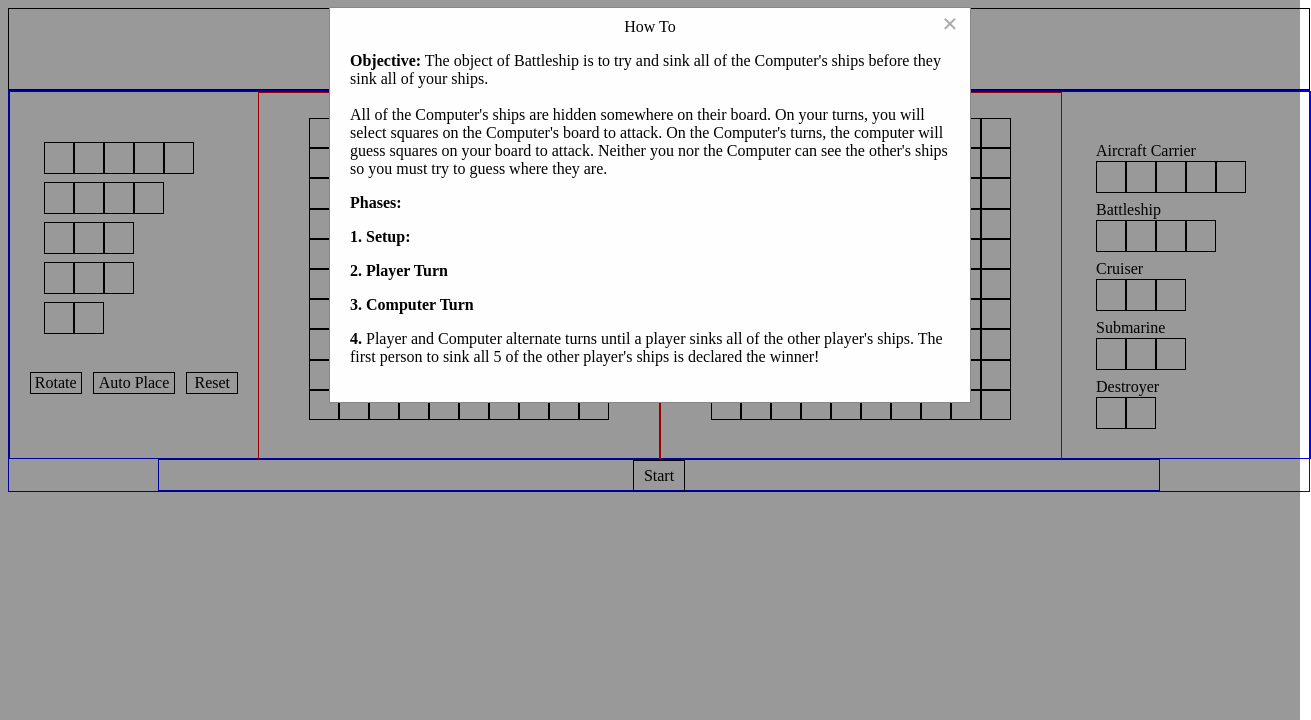
Repository: J-Haze/BattleshipApp
Page: /, after clicking the first element matching `#how-to`
An editor plug-in stored every save of this project. The page is shown before and after the next save, followed by the edit.
The browser window is 1280 px wide. The page is 1311 px wide, so the pictures cover 1311 px, including what lies to the right of the window. The pictures show the whole page.
The project was rebuilt for these pictures with package versions that can differ from the ones it lists, and the page was loaded fresh each time. Also part of the build but not shown: src/index.css, src/Components/ModalEnd.js.

Above is the page before, as saved 2020-09-26 16:01:37.

### src/App.js
import React from "react";
import "./App.css";
import Game from "./Components/Game";
import Header from "./Components/Header"
// import { ProgressPlugin } from "webpack";

//test

function App() {
  return (
    <div className="App">
      <Header />
      <Game />
    </div>
  );
}

export default App;

### src/App.css
/* test */
:root{
    --black: #1B262C;
}


header {
    border: 1px solid black;

    display: flex;
    flex-direction: column;
    justify-content: center;
    align-items: center;
    margin-left: auto;
    margin-right: auto;
    width: 1300px;
    height: 80px;

}

/* div {
    border: 1px solid black;
} */

#how-to:hover{
    cursor: pointer;
}

#game{
    width: 1300px;
    height: 400px;
    display: flex;
    flex-direction: column;
    border: 1px solid blue;
    margin-left: auto;
    margin-right: auto;
}

.column{
    width: 400px;
    height: 100%;
    border: 1px solid red;
}

.board{
    height: 300px;
    width: 300px;
    margin-left: auto;
    margin-right: auto;
    margin-top: 25px;

    display: grid;
    grid-template-columns: repeat(1, 1fr);
    grid-template-rows: repeat(10, 1fr);
    gap: 2px;
}

.row{
    display: flex;
    /* height: 30px; */
    height: 1fr;
    width: 1fr;
}

.square{
    /* height: 100%;
    width: 10%; */
    display: flex;
    height: 100%;
    width: 10%;
    border: 1px solid black;
}

.ship{
    background-color:gray;
    height: 100%;
    width: 100%;
}

.hit{
    background-color:red;
    height: 100%;
    width: 100%;
}

.miss{
    background-color:lightblue;
    height: 100%;
    width: 100%;
}

.sunk{
    background-color:black;
    height: 100%;
    width: 100%;
}

.empty{
    /* background-color: yellow; */
    height: 100%;
    width: 100%;
}

.clickable:hover{
    background-color: rgb(205, 205, 205);
    cursor: pointer;
}

#top-row{
    display: flex;
    width: 1300px;
    height: 400px;
    border: 1px solid blue;
    margin-left: auto;
    margin-right: auto;
}

#bottom-row{
    display: flex;
    width: 1000px;
    height: 30px;
    border: 1px solid blue;
    margin-left: auto;
    margin-right: auto;
}

#start-button{
    margin-left: auto;
    margin-right: auto;
}

.fleet-square{
    width: 30px;
    height: 30px;
    border: 1px solid black;
}

.ship-text{
    margin-left: 20px;
    margin-right: auto;
    margin-bottom: 1px;
    /* border: 1px solid black; */
}

.fleet-horizontal{
    height: 220px;
    width: 220px;
    margin-top: 50px;
    margin-left: auto;
    margin-right: auto;
}

.ship-harbor-horizontal{
    display: flex;
    height: 30px;
    margin-bottom: 10px;
    margin-left: 20px;
    border: none;
}

.carrier-horizontal{
    width: 150px;
}

.battleship-horizontal{
    width: 120px;
}

.cruiser-horizontal{
    width: 90px;
}

.submarine-horizontal{
    width: 90px;
}

.destroyer-horizontal{
    width: 60px;
}

.fleet-vertical{
    display: flex;
    height: 220px;
    width: 220px;
    margin-top: 50px;
    margin-left: auto;
    margin-right: auto;
}

.ship-harbor-vertical{
    display: flex;
    flex-direction: column;
    width: 30px;
    margin-left: 10px;
    margin-top: 50px;
    border: none;
}

.carrier-vertical{
    height: 150px;
}

.battleship-vertical{
    height: 120px;
}

.cruiser-vertical{
    height: 90px;
}

.submarine-vertical{
    height: 90px;
}

.destroyer-vertical{
    height: 60px;
}

.toggle{
    background-color: gray;
}

.boat-placed{
    background-color: black;
    width: 30px;
    height: 30px;
    border: 1px solid black;
}

#setup{
    margin-left: auto;
    margin-right: auto;
}

#setup-buttons{
    display: flex;
    margin-top: 10px;
}

.btn{
    height: 20px;
    display: flex;
    justify-content: center;
    align-items: center;
    margin-left: auto;
    margin-right: auto;
    border: 1px solid black;
}

.btn:hover{
    cursor: pointer;
}

#rotate{
    width: 50px;
}

#auto-place{
    width: 80px;
}

#reset{
    width: 50px;
}

#start-button{
    border: 1px solid black;
    display: flex;
    justify-content: center;
    align-items: center;
    width: 50px;
    height: 30px;
}

#start-button:hover{
    cursor: pointer;
}

#newGame{
    border: 1px solid black;
    display: flex;
    justify-content: center;
    align-items: center;
    margin-left: auto;
    margin-right: auto;
    width: 80px;
    height: 30px;
}

#newGame:hover{
    cursor: pointer;
}


/* End of Game Modal */

.modal{
    display: block;
    position: fixed;
    z-index: 1;
    left: 0;
    top: 0;
    width: 100vw;
    min-width: 1300px;
    height: 100vh;
    /* overflow: auto; */
    background-color: rgb(0,0,0);
    background-color: rgba(0,0,0,0.4);
  }

  .modal-content{
    display: flex;
    flex-direction: column;
    background-color: #fefefe;
    margin-left: auto;
    margin-right: auto;
    margin-top: 1vh;
    padding: 20px;
    padding-top: 0px;
    border: 1px solid #888;
    width: 600px;
    justify-content: center;
    align-items: center;
  }

  .close{
    color: #aaa;
    float: right;
    margin-left: 100%;
    font-size: 28px;
    height: 10px;
    font-weight: bold;
    /* border: 1px solid black; */
  }

  .close:hover, .close:focus {
    color: black;
    text-decoration: none;
    cursor: pointer;
  }

  .message{
      font-size: 3em;
      /* border: 1px solid black; */
      margin-bottom: 5px;
  }

.image{
    width: 500px;
    margin-left: auto;
    margin-right: auto;
    margin-bottom: 20px;
}

### src/Components/Header.js
import React, { useState, useEffect } from "react"
import ModalHowTo from "./ModalHowTo.js"
// import shipFactory from "../factories/ship"
// import gameboardFactory from "../factories/gameboard"
// import player from "../factories/player"


function Header() {
    const [howToOpen, setHowToOpen] = useState(null);


    function howTo() {
        setHowToOpen(true)
    }

    function hideModal() {
        setHowToOpen(false)
    }

    return (
        <header>
            <div>BattleShip</div>
            <div> Image of battleship </div>
            <div id="how-to" onClick={() => howTo()}> How To Play </div>
            {howToOpen && <ModalHowTo
                hideModal={hideModal}
            />}
        </header>
    )
}


export default Header;

### src/factories/ship.js

const shipFactory = (shipLength) => {
    const shipNames = {
        1: 'Submarine',
        2: 'Destroyer',
        3: 'Cruiser',
        4: 'Battleship',
        5: 'Carrier',
    };

    const name = shipNames[shipLength];

    if (shipLength == 1) {
        shipLength = 3;
    }


    let ship = [];
    for (let i = 0; i < shipLength; i++) {
        ship.push([false, i, name])
    }

    let hit = (hitLocation) => {
        ship[hitLocation] = [true, hitLocation, name];
        console.log("Hit!", ship)
        console.log(`You've hit my ${name}`)
        // console.log("hits length", hit.length)
        // console.log("ship.length", ship.length)
        return ship
    }

    let isSunk = () => {
        let sunkStatus = false
        ship[0][0] == true ? sunkStatus = true : sunkStatus = false
        for (let square in ship) {
            // console.log("ship:", ship)
            // console.log(ship[square])
            sunkStatus = (ship[square][0] && sunkStatus)
        }
        // let sunkStatus = ship[0].every(Boolean);
        return sunkStatus
    }

    return {
        //id,
        name,
        shipLength,
        ship,
        hit,
        isSunk
    }
}

// const destroyer = shipFactory(2)
// const cruiser = shipFactory(3)
// const battleship = shipFactory(4)
// const carrier = shipFactory(5)

export default shipFactory;

//export default {shipFactory, destroyer, cruiser, battleship, carrier}

//Comment out with not testing
// module.exports = shipFactory;

### src/factories/player.js
// import shipFactory from "./ship"
import gameboardFactory from "./gameboard"

const player = (playerName) => {
    // const submarine = shipFactory(1)
    // const destroyer = shipFactory(2)
    // const cruiser = shipFactory(3)
    // const battleship = shipFactory(4)
    // const carrier = shipFactory(5)
    const getBoard = gameboardFactory();
    const gameboard = getBoard;
    let attackCoord = 100;
    let index = 100;

    const squaresToGuess = [];

    for (let i = 0; i <= 99; i++) {
        squaresToGuess.push(i);
    }
    // console.log(squaresToGuess)

    //Randomly sends an attack
    const sendAttack = (coord) => {
        // if (playerName == "Computer") {
        // }
        // console.log("yes", playerName)
        if (playerName == "Player") {
            attackCoord = coord;
            index = squaresToGuess.indexOf(attackCoord);
            squaresToGuess.splice(index, 1);
        } else {
            // console.log("s2g", squaresToGuess.length - 1)
            attackCoord = Math.floor(Math.random() * (squaresToGuess.length - 1));
            index = squaresToGuess.indexOf(attackCoord);
            squaresToGuess.splice(index, 1);
            // console.log("index:", index)
        }

        // console.log({ attackCoord })
        // console.log("squares to guess:", squaresToGuess)
        return attackCoord
    }



    //send attack will take coordinates and "send an attack" to the OPPOSING board
    //Need to make sure it has an array of 0-99 and takes away the guessed numbers from that array.
    //random between 0 and array.length

    return {
        gameboard,
        squaresToGuess,
        sendAttack
    }
}








export default player;

### src/Components/Board.js
import React, { useState, useEffect } from "react"
// import shipFactory from "../factories/ship"
// import gameboardFactory from "../factories/gameboard"
// import player from "../factories/player"
// import Square from "./Square.js"
import Row from "./Row.js"
// import Player from "./Player.js"

function Board(props) {
    let { id, board, phase, boardID, handlePlaceShip, update } = props;

    const [rowState, setRows] = useState([]);

    // let rows = [];


    useEffect(() => {
        let rows = [];
        for (let i = 0; i < board.length; i += 10) {
            rows.push(board.slice(i, i + 10));
        }
        setRows(rows);
    }, [update]
    );



    return (
        <div id={id} className="board">
            {/* {squareItems} */}
            {rowState.map((row, i) => {
                return (
                    <Row
                        key={i}
                        roww={i}
                        rowObj={row}
                        phase={phase}
                        boardID={boardID}
                        handlePlaceShip={handlePlaceShip}
                    // position={[i, j]}
                    // position={square}
                    // key={square.}
                    // key={book.title}
                    // book={book}
                    // handleDelete={handleDelete}
                    // toggleRead={toggleRead}
                    // toggleReading={toggleReading}
                    // toggleNotRead={toggleNotRead}
                    />
                );
            })
            }
        </div>
    )
}

export default Board;

### src/Components/Row.js
import React, { useState, useEffect } from "react"
// import shipFactory from "../factories/ship"
// import gameboardFactory from "../factories/gameboard"
// import player from "../factories/player"
import Square from "./Square"

function Row(props) {
    let { roww, rowObj, handleClick, phase, boardID, handlePlaceShip, update } = props;


    useEffect(() => {
        rowObj = rowObj;
    },
        [update]
    );

    return (
        <div className="row">
            {rowObj.map((square, j) => {
                return (
                    <Square
                        key={j}
                        row={roww}
                        col={j}
                        squareObj={square}
                        handleClick={handleClick}
                        phase={phase}
                        boardID={boardID}
                        handlePlaceShip={handlePlaceShip}
                    />
                );
            })
            }
        </div>
    )
};
export default Row;

### src/Components/Fleet.js
import React, { useState, useEffect } from "react"

function Fleet(props) {

    let sunkCarrier = "";
    let sunkBattleship = "";
    let sunkCruiser = "";
    let sunkSubmarine = "";
    let sunkDestroyer = "";

    if (props.boatsSunk.includes("Carrier")) {
        sunkCarrier = "sunk";
    } else {
        sunkCarrier = "";
    };

    if (props.boatsSunk.includes("Battleship")) {
        sunkBattleship = "sunk";
    } else {
        sunkBattleship = "";
    };

    if (props.boatsSunk.includes("Cruiser")) {
        sunkCruiser = "sunk";
    } else {
        sunkCruiser = "";
    };

    if (props.boatsSunk.includes("Submarine")) {
        sunkSubmarine = "sunk";
    } else {
        sunkSubmarine = "";
    };

    if (props.boatsSunk.includes("Destroyer")) {
        sunkDestroyer = "sunk";
    } else {
        sunkDestroyer = "";
    };

    return (
        <div id={props.id} className="fleet-horizontal" >
            <div className="ship-text">Aircraft Carrier</div>
            <div className={`carrier-horizontal ship-harbor-horizontal ${sunkCarrier}`} >
                <div className="fleet-square"></div>
                <div className="fleet-square"></div>
                <div className="fleet-square"></div>
                <div className="fleet-square"></div>
                <div className="fleet-square"></div>
            </div>
            <div className="ship-text"> Battleship </div>
            <div className={`battleship-horizontal ship-harbor-horizontal ${sunkBattleship}`} >
                <div className="fleet-square"></div>
                <div className="fleet-square"></div>
                <div className="fleet-square"></div>
                <div className="fleet-square"></div>
            </div>
            <div className="ship-text">Cruiser</div>
            <div className={`cruiser-horizontal ship-harbor-horizontal ${sunkCruiser}`} >
                <div className="fleet-square"></div>
                <div className="fleet-square"></div>
                <div className="fleet-square"></div>
            </div>
            <div className="ship-text">Submarine</div>
            <div className={`submarine-horizontal ship-harbor-horizontal ${sunkSubmarine}`} >
                <div className="fleet-square"></div>
                <div className="fleet-square"></div>
                <div className="fleet-square"></div>
            </div>
            <div className="ship-text">Destroyer</div>
            <div className={`destroyer-horizontal ship-harbor-horizontal ${sunkDestroyer}`} >
                <div className="fleet-square"></div>
                <div className="fleet-square"></div>
            </div>
        </div >
    )


};

export default Fleet;

### src/Components/ModalHowTo.js
import React, { useState, useEffect } from "react";
import winningImage from "../assets/winning-image.png"
import losingImage from "../assets/losing-image.png"

function ModalEnd(props) {


        return (
            <div className="modal">
                <div id="howToModal" className="modal-content">
                    <span className="close" onClick={props.hideModal}>&times;</span>
                    <div className="howToTop"> How To</div>
                    <div className="howToBottom">
                        <p> <strong>Objective:</strong> The object of Battleship is to try and sink all of the Computer's ships before they sink all of your ships. <br /><br /> All of the Computer's ships are hidden somewhere on their board. On your turns, you will select squares on the Computer's board to attack. On the Computer's turns, the computer will guess squares on your board to attack. Neither you nor the Computer can see the other's ships so you must try to guess where they are.
                        </p>
                        <p><strong>Phases:</strong></p>
                        <p><strong>1. Setup:</strong></p>
                        <p><strong>2. Player Turn</strong></p>
                    <p><strong>3. Computer Turn</strong></p>
                    <p><strong>4. </strong>Player and Computer alternate turns until a player sinks all of the other player's ships. The first person to sink all 5 of the other player's ships is declared the winner!</p>
                    </div>
                </div>
            </div>
        )
}

export default ModalEnd;

### src/Components/Square.js
import React, { useState, useEffect } from "react"
// import shipFactory from "../factories/ship"
// import gameboardFactory from "../factories/gameboard"
// import player from "../factories/player"

function Square(props) {

    const id = (props.row * 10 + props.col)

    let attackClick = () => props.handleClick(id);
    let placementClick = () => props.handlePlaceShip(id);

    let placementMode = null;
    let playerAttack = null;

    if (props.phase == "setup") {
        placementMode = placementClick;
        playerAttack = null;
    } else if (props.phase == "playerTurn") {
        placementMode = null;
        playerAttack = attackClick;
    }

    let playerClickable = "";
    if (props.phase == "setup") {
        playerClickable = " clickable"
    } else {
        playerClickable = "";
    }

    let computerClickable = "";
    if (props.phase == "playerTurn") {
        computerClickable = "clickable"
    } else {
        computerClickable = "";
    }

    if (props.boardID == "player") {
        return (
            <div className="square">
                {(props.squareObj != null) ?
                    ((props.squareObj[0] == false) ?
                        (<div className="ship" key={id}></div>) :
                        (props.squareObj[0] == true) ?
                            (<div className="hit" key={id}>X</div>) :
                            (props.squareObj[0] == "sunk") ?
                                (<div className="sunk" key={id}>X</div>) :
                                (props.squareObj == "miss") ?
                                    (<div className="miss" key={id}>X</div>) :
                                    (<div>error</div>)) :
                    (<div className={`empty ${playerClickable}`} key={id} onClick={placementMode}></div>)
                }
            </div>
        )
    } else {
        return (
            <div className="square">
                {(props.squareObj != null) ?
                    ((props.squareObj[0] == false) ?
                        (<div className="ship" key={id} onClick={playerAttack}></div>) :
                        (props.squareObj[0] == true) ?
                            (<div className="hit" key={id}>X</div>) :
                            (props.squareObj[0] == "sunk") ?
                                (<div className="sunk" key={id}>X</div>) :
                                (props.squareObj == "miss") ?
                                    (<div className="miss" key={id}>X</div>) :
                                    (<div>error</div>)) :
                    (<div className={`empty ${computerClickable}`} key={id} onClick={playerAttack}></div>)
                }
            </div>
        )
    }


}

export default Square;

Loaded but not shown: public/index.html (common file); src/index.js (common file); src/serviceWorker.js (common file); src/Components/Game.js (297 lines, source omitted); src/factories/gameboard.js (224 lines, source omitted); src/Components/PlayerFleet.js (161 lines, source omitted)

After the next save:
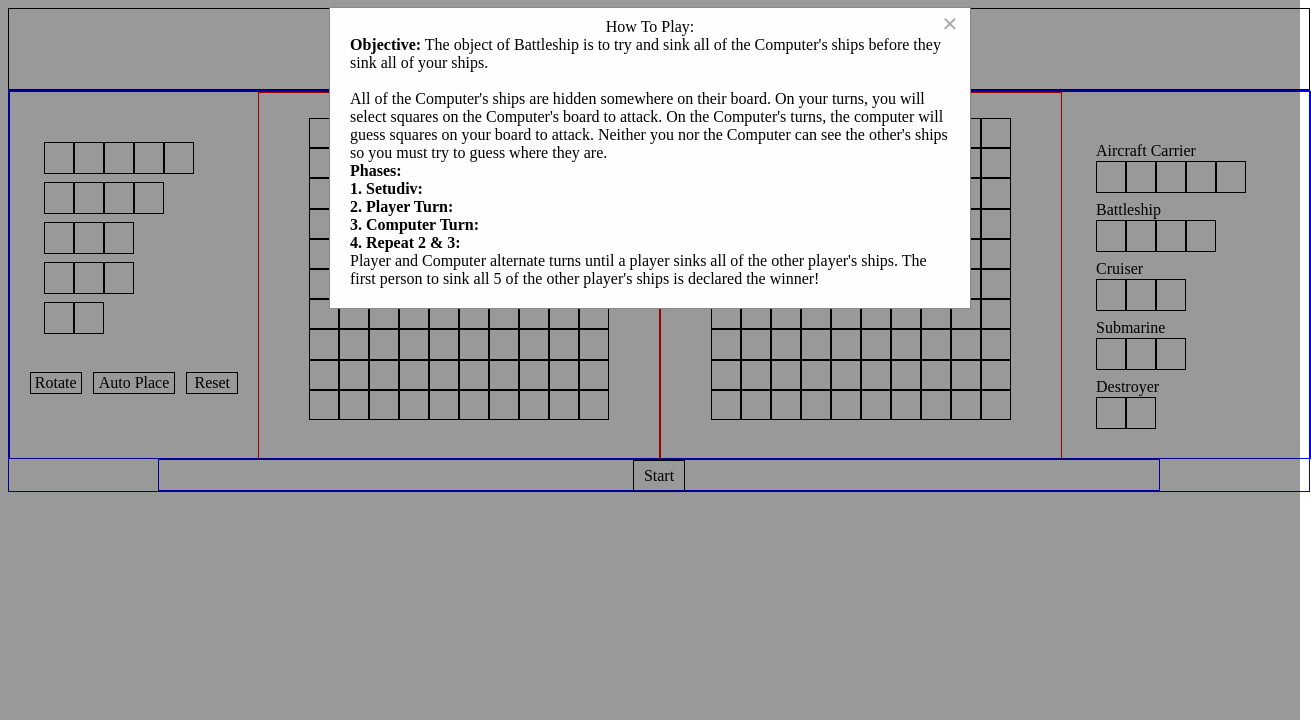
Saved 5 min 41 s later.
--- a/src/Components/ModalHowTo.js
+++ b/src/Components/ModalHowTo.js
@@ -9,15 +9,16 @@ function ModalEnd(props) {
             <div className="modal">
                 <div id="howToModal" className="modal-content">
                     <span className="close" onClick={props.hideModal}>&times;</span>
-                    <div className="howToTop"> How To</div>
+                    <div className="howToTop"> How To Play:</div>
                     <div className="howToBottom">
-                        <p> <strong>Objective:</strong> The object of Battleship is to try and sink all of the Computer's ships before they sink all of your ships. <br /><br /> All of the Computer's ships are hidden somewhere on their board. On your turns, you will select squares on the Computer's board to attack. On the Computer's turns, the computer will guess squares on your board to attack. Neither you nor the Computer can see the other's ships so you must try to guess where they are.
-                        </p>
-                        <p><strong>Phases:</strong></p>
-                        <p><strong>1. Setup:</strong></p>
-                        <p><strong>2. Player Turn</strong></p>
-                    <p><strong>3. Computer Turn</strong></p>
-                    <p><strong>4. </strong>Player and Computer alternate turns until a player sinks all of the other player's ships. The first person to sink all 5 of the other player's ships is declared the winner!</p>
+                        <div> <strong>Objective:</strong> The object of Battleship is to try and sink all of the Computer's ships before they sink all of your ships. <br /><br /> All of the Computer's ships are hidden somewhere on their board. On your turns, you will select squares on the Computer's board to attack. On the Computer's turns, the computer will guess squares on your board to attack. Neither you nor the Computer can see the other's ships so you must try to guess where they are.
+                        </div>
+                        <div><strong>Phases:</strong></div>
+                        <div><strong>1. Setudiv:</strong></div>
+                        <div><strong>2. Player Turn:</strong></div>
+                    <div><strong>3. Computer Turn:</strong></div>
+                        <div><strong>4. Repeat 2 & 3: </strong></div>
+                        <div>Player and Computer alternate turns until a player sinks all of the other player's ships. The first person to sink all 5 of the other player's ships is declared the winner!</div>
                     </div>
                 </div>
             </div>
